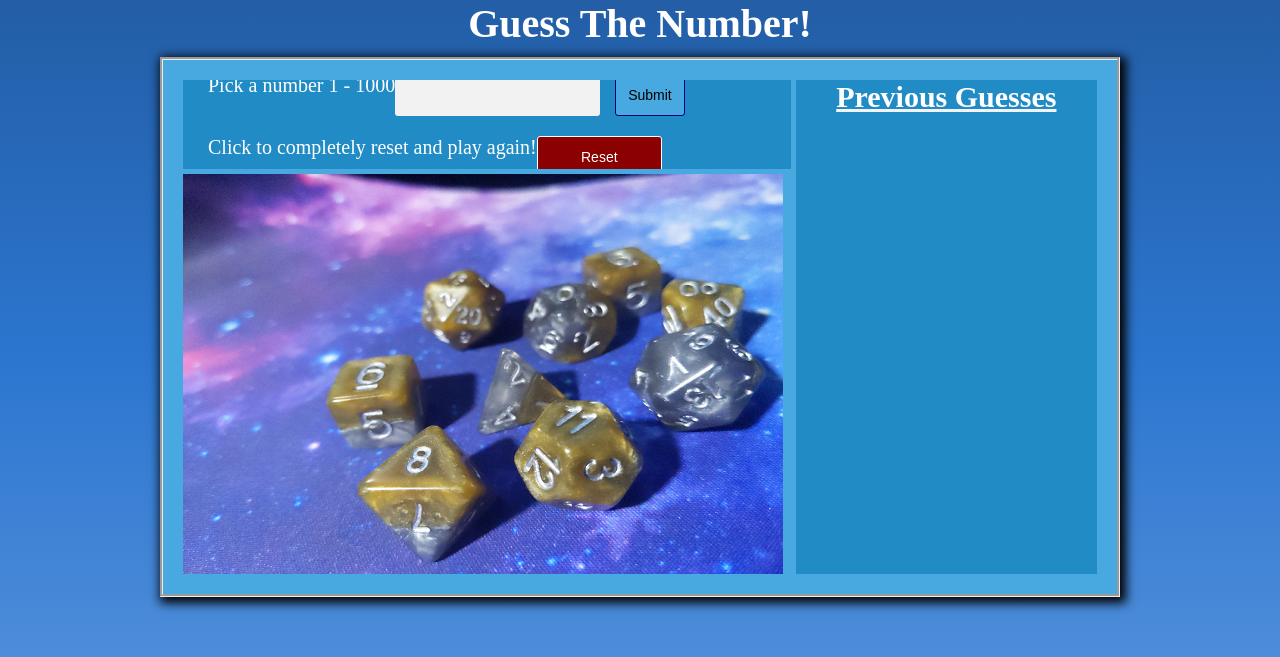
Repository: mlmEFSC21/P15-Modified-Guessing-Game
Page: guess.html
These files come from the project's save history. The page is drawn as it stood at one moment and after the next save; the edit follows.
The browser window is 1280 px wide. The pictures show the whole page.

Above is the page before, as saved 2022-03-23 18:30:55.

After the next save:
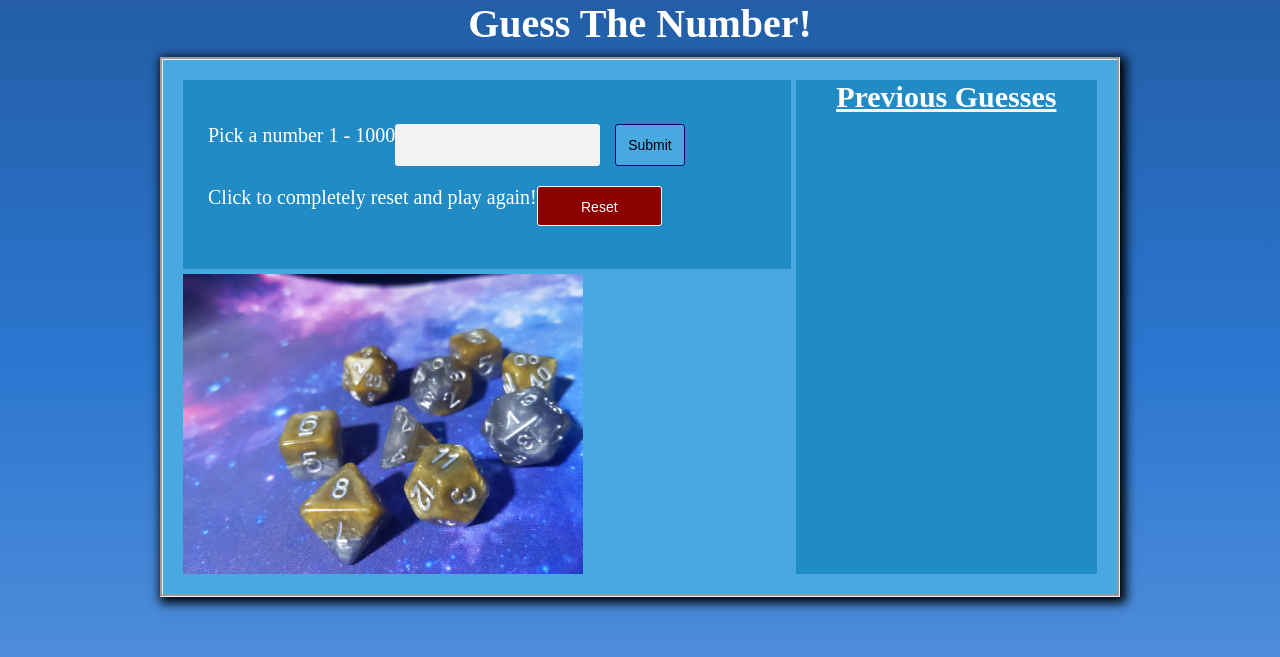
Saved 19 s later.
--- a/guess.css
+++ b/guess.css
@@ -77,8 +77,8 @@ input {
     font-size: 14px;
 }
 img {
-    width: 600px;
-    height: 400px;
+    width: 400px;
+    height: 300px;
     grid-column: 1 / 3;
     grid-row: 3 / 5;
 }
